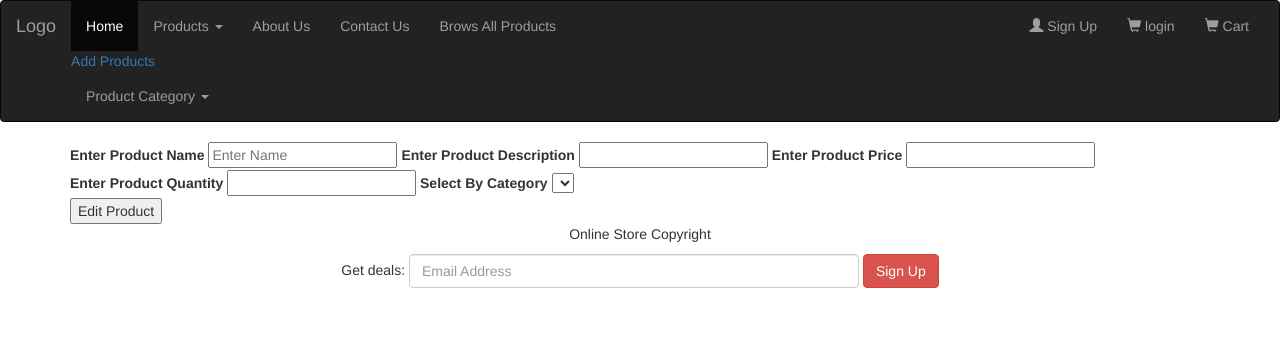
Repository: Binny16/-My-project
Page: http://localhost/online_shopping/WEB-INF/view/updateproductform.jsp
An editor plug-in stored every save of this project. The page is shown before and after the next save, followed by the edit.
The browser window is 1280 px wide. The pictures show the whole page.
The page is served by Tomcat 9. Nobody is signed in. The template is opened directly, without the code that normally fills it, so the values that code supplies are empty.

Above is the page before, as saved 2018-09-13 13:07:26.

After the next save:
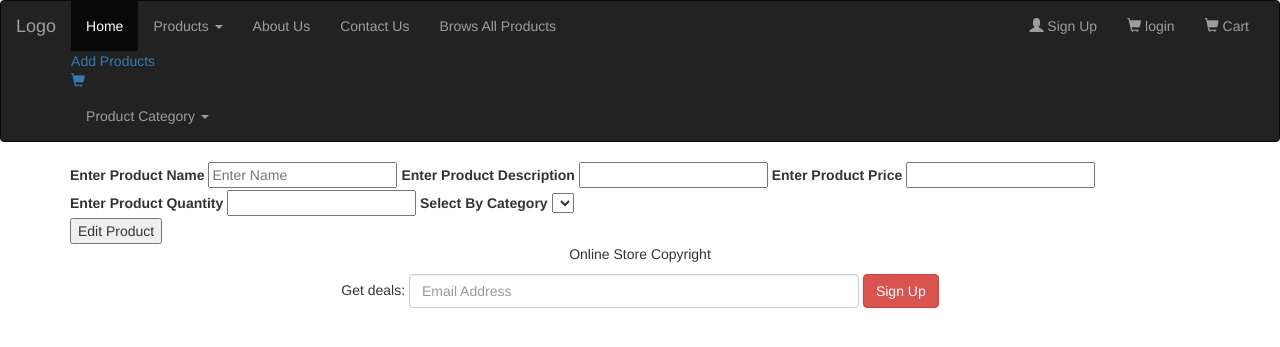
Saved 55 s later.
--- a/18-9-2018/binny/online_shopping/src/main/webapp/WEB-INF/view/Header.jsp
+++ b/18-9-2018/binny/online_shopping/src/main/webapp/WEB-INF/view/Header.jsp
@@ -52,6 +52,13 @@
          <li><a href="${pageContext.request.contextPath}/admin/getproductform">Add Products</a></li>
          </security:authorize>
 
+         <security:authorize access="hasRole('ROLE_USER')">
+			   <li><a href="#"><span class="glyphicon glyphicon-shopping-cart"></span></a></li>
+			   </security:authorize>
+
+
+
+
 
         <li class="dropdown">
         <a class="dropdown-toggle" data-toggle="dropdown" href="#">Product Category
